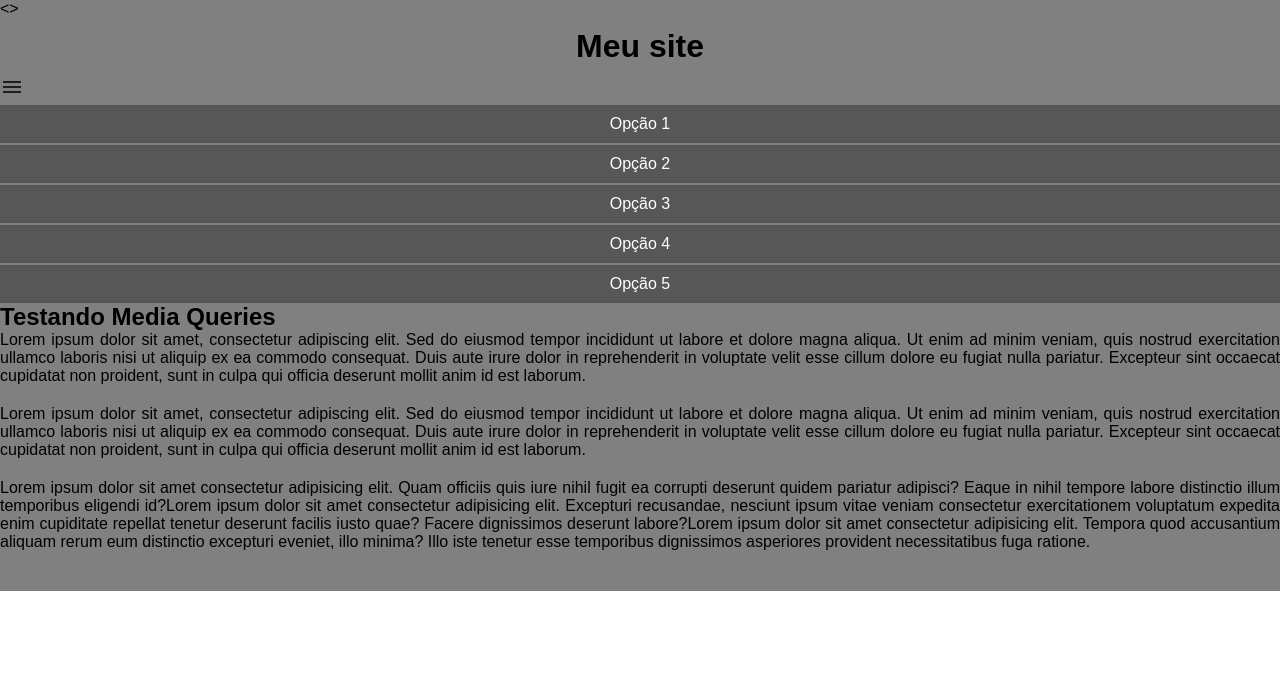
Repository: Sandro1969-tech/menu-hamburger
Page: index.html
An editor plug-in stored every save of this project. The page is shown before and after the next save, followed by the edit.
The browser window is 1280 px wide. The pictures show the whole page.

Above is the page before, as saved 2025-12-25 18:55:02.

After the next save:
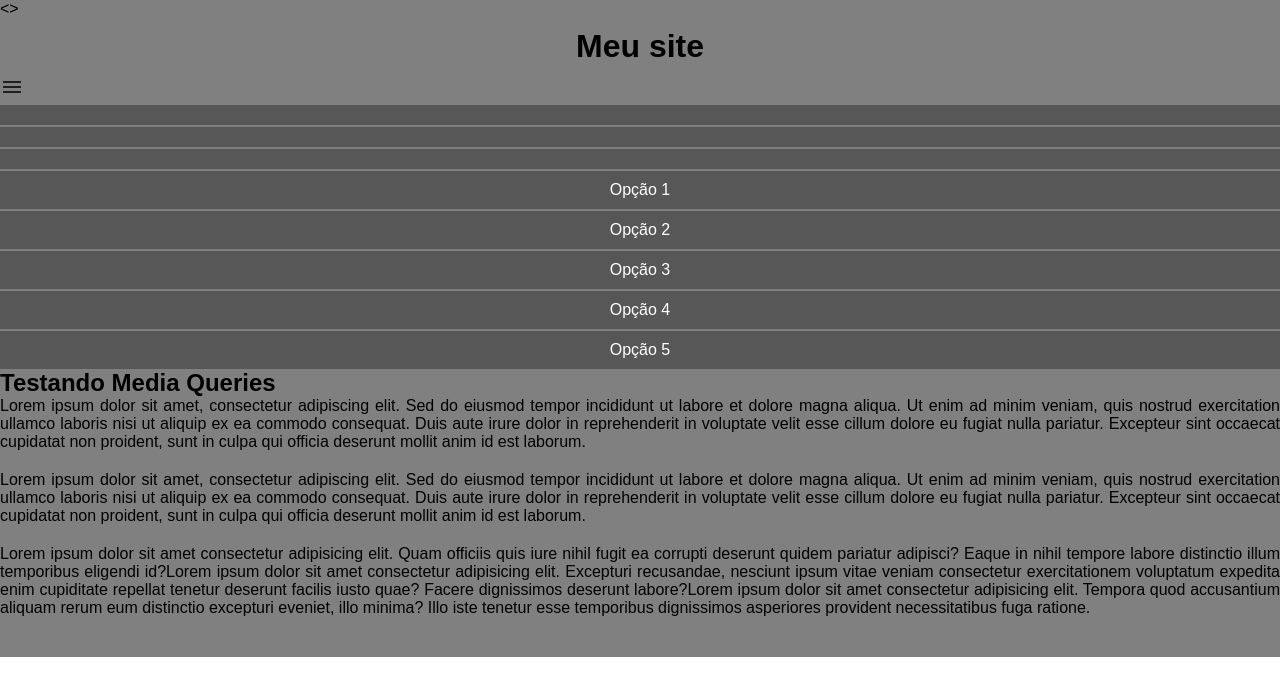
Saved 11 s later.
--- a/index.html
+++ b/index.html
@@ -10,7 +10,7 @@
   <header>
     <>
             <h1>Meu site</h1>
-            <a></a><img src="image/iconmenu.png" alt="menu" class="menu-icon">
+            <a><img src="image/iconmenu.png" alt="menu" class="menu-icon">
 
 
 

After the save that followed:
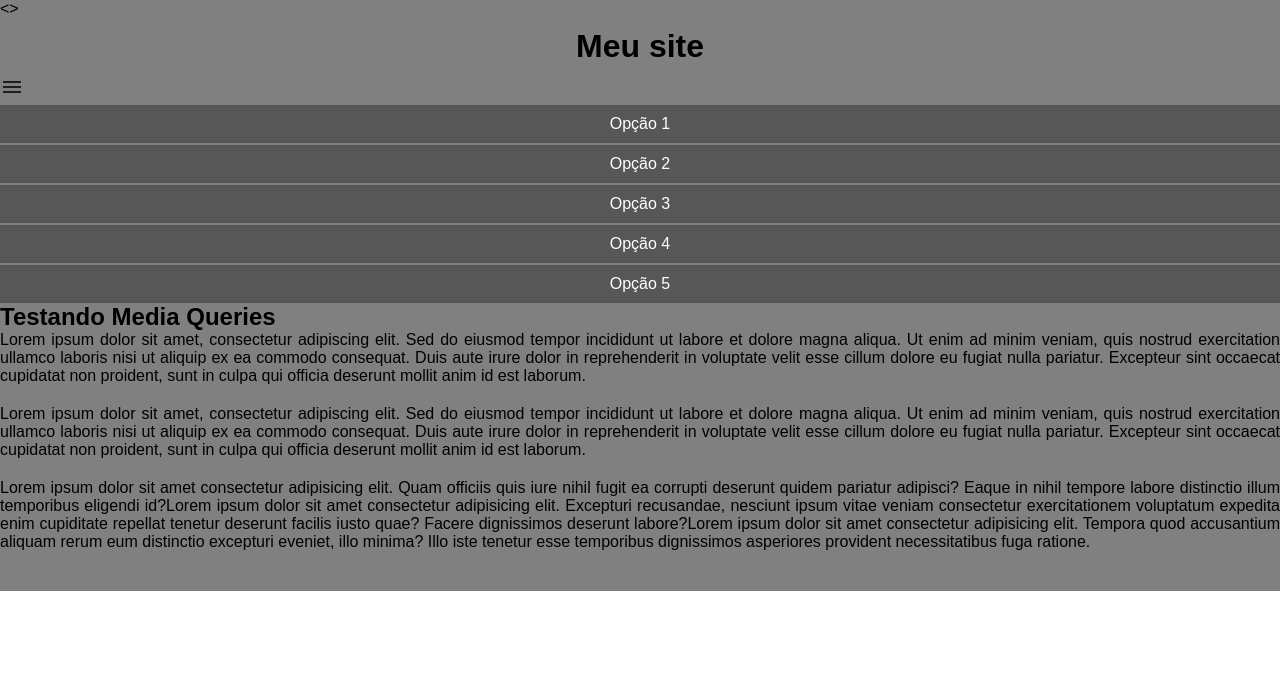
Saved 4 s later.
--- a/index.html
+++ b/index.html
@@ -10,7 +10,7 @@
   <header>
     <>
             <h1>Meu site</h1>
-            <a><img src="image/iconmenu.png" alt="menu" class="menu-icon">
+            <a><img src="image/iconmenu.png" alt="menu" class="menu-icon"></a>
 
 
 
